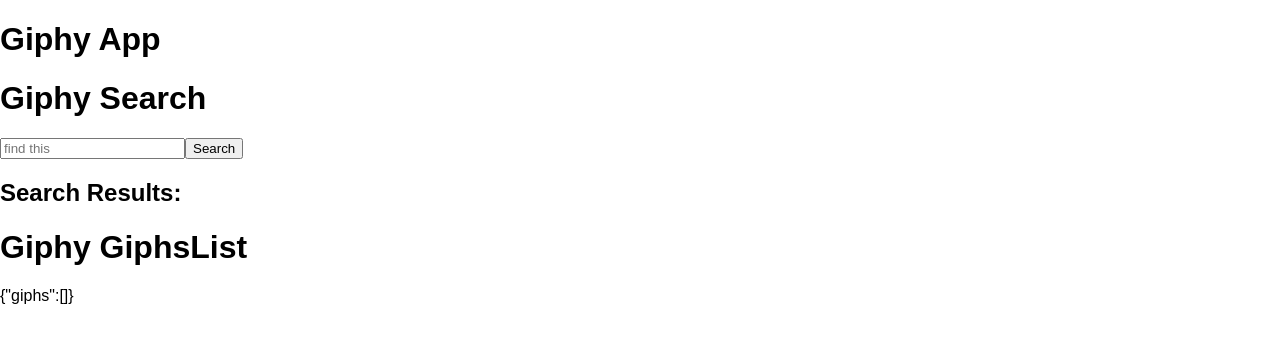
Repository: pithao/weekend-sql-to-do-react-2
Page: /
The author's editor kept a copy of each file at every save. The page is drawn from the files as they stood at one save, then again after the next save.
The browser window is 1280 px wide. The pictures show the whole page.
The project was rebuilt for these pictures with package versions that can differ from the ones it lists, and the page was loaded fresh each time. Also part of the build but not shown: vite.config.js.

Above is the page before, as saved 2024-12-05 19:57:15.

### index.html
<!DOCTYPE html>
<html lang="en">
  <head>
    <meta charset="utf-8">
    <meta name="viewport" content="width=device-width, initial-scale=1, shrink-to-fit=no">
    <meta name="theme-color" content="#000000">
    <!--
      manifest.json provides metadata used when your web app is added to the
      homescreen on Android. See https://developers.google.com/web/fundamentals/engage-and-retain/web-app-manifest/
    -->
    <link rel="manifest" href="/manifest.json">
    <link rel="shortcut icon" href="/favicon.ico">
    <!--
      Notice the use of  in the tags above.
      It will be replaced with the URL of the `public` folder during the build.
      Only files inside the `public` folder can be referenced from the HTML.

      Unlike "/favicon.ico" or "favicon.ico", "/favicon.ico" will
      work correctly both with client-side routing and a non-root public URL.
      Learn how to configure a non-root public URL by running `npm run build`.
    -->
    <title>React App</title>
  </head>
  <body>
    <noscript>
      You need to enable JavaScript to run this app.
    </noscript>
    <div id="root"></div>
    <!--
      This HTML file is a template.
      If you open it directly in the browser, you will see an empty page.

      You can add webfonts, meta tags, or analytics to this file.
      The build step will place the bundled scripts into the <body> tag.

      To begin the development, run `npm start` or `yarn start`.
      To create a production bundle, use `npm run build` or `yarn build`.
    -->



<script type="module" src="/src/index.jsx"></script>
  </body>
</html>

### src/components/App/App.jsx
import {useState, useEffect} from 'react';
import Search from '../Search/Search';

function App () {

  return (
    <div>
      <h1>Giphy App</h1>
      <Search />
    </div>
  );

}

export default App

### src/components/Search/Search.jsx
import {useState, useEffect} from 'react';
import axios from 'axios';
import GiphsList from '../GiphsList/GiphsList';

function Search () {
    const [ searchText, setSearchText] = useState('');
    const [ giphs, setGiphs ] = useState( [] );

  function searchNow(){
    console.log('in searchNow:', searchText);
    // axios call to giphy

    const url = `https://api.giphy.com/v1/gifs/search?api_key=84QiQD0CU1Ep4qL3Z904TnFon6vVuKep&q= ${searchText} &limit=25&offset=0&rating=g&lang=en&bundle=messaging_non_clips`
    axios.get( url ).then(function(response){
      console.log(response.data);
      setGiphs(response.data.data); //specific to giphy
    }).catch(function(err){
      console.log(err);
      alert('error getting Giphs')

    })
    }


  return (
    <div>
      <h1>Giphy Search</h1>
      <input type='text' placeholder='find this' onChange={ (e) =>setSearchText( e.target.value ) }/>
      <button onClick={ searchNow }>Search</button>
      <div>
        <h2>Search Results:</h2>
        {
          giphs.map( ( giph, index )=>(
            <img key={index} src={ giph.images.original.url } />
          ))
        }
        {/* <p>{ searchText }</p>
        <p>{JSON.stringify(giphs)}</p> */}
      </div>
      <GiphsList giphs={ giphs }/>
    </div>
  );

}

export default Search

// import { useState, useEffect } from 'react';
// import axios from 'axios';

// function Search () {

//   function searchNow(){
//     console.log( 'in searchNow:', searchText );
//     // axios call to giphy
//     const url = `https://api.giphy.com/v1/gifs/search?api_key=o2scmkIZPtYY63Yq8bXVhlRFkM1JM9X6&q=${ searchText }&limit=25&offset=0&rating=g&lang=en&bundle=messaging_non_clips`;
//     axios.get( url ).then( function ( response ){
//       console.log( response.data );
//       setGiphs( response.data.data ); // specific to giphy
//     }).catch( function( err ){
//       console.log( err );
//       alert( 'error getting Giphs' );
//     })
//   }

//   const [ searchText, setSearchText ] = useState( '' );
//   const [ giphs, setGiphs ] = useState( [] );

//   return (
//     <div>
//       <h1>Giphy Search</h1>
//       <input type='text' placeholder='find this' onChange={ ( e )=>setSearchText( e.target.value ) }/>
//       <button onClick={ searchNow }>Search</button>
//       <div>
//         <h2>Search Results:</h2>
//         {
//           giphs.map( ( giph, index )=>(
//             <img key={index} src={ giph.images.original.url } />
//           ))
//         }
//       </div>
//     </div>
//   );

// }

// export default Search

### src/components/GiphsList/GiphsList.jsx
import {useState, useEffect} from 'react';
import axios from 'axios';


function GiphsList ( giphs ) {

  const [ hook, setHool ] = useState('');

  return (
    <div>
      <h1>Giphy GiphsList</h1>
      <p>{JSON.stringify( giphs ) }</p>
    </div>
  );

}

export default GiphsList

Loaded but not shown: src/index.jsx (common file); src/index.css (common file)

After the next save:
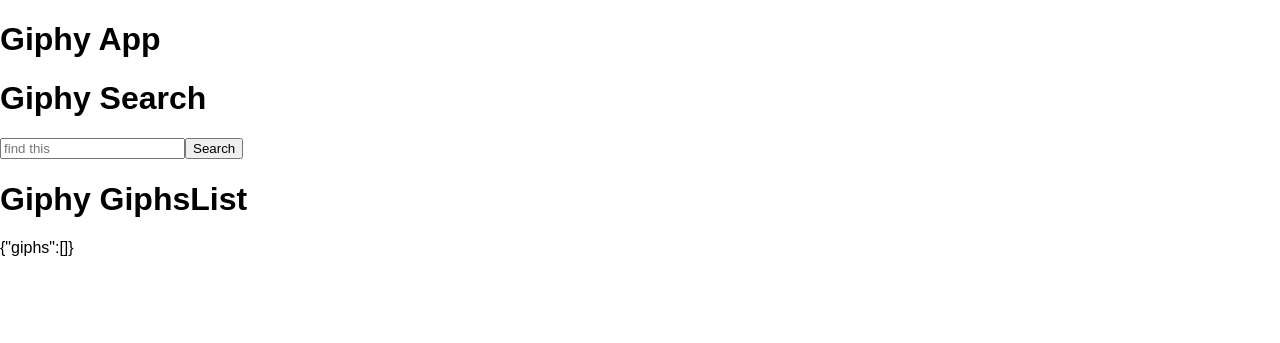
Saved 4 min 25 s later.
--- a/src/components/Search/Search.jsx
+++ b/src/components/Search/Search.jsx
@@ -28,14 +28,7 @@
       <input type='text' placeholder='find this' onChange={ (e) =>setSearchText( e.target.value ) }/>
       <button onClick={ searchNow }>Search</button>
       <div>
-        <h2>Search Results:</h2>
-        {
-          giphs.map( ( giph, index )=>(
-            <img key={index} src={ giph.images.original.url } />
-          ))
-        }
-        {/* <p>{ searchText }</p>
-        <p>{JSON.stringify(giphs)}</p> */}
+
       </div>
       <GiphsList giphs={ giphs }/>
     </div>
